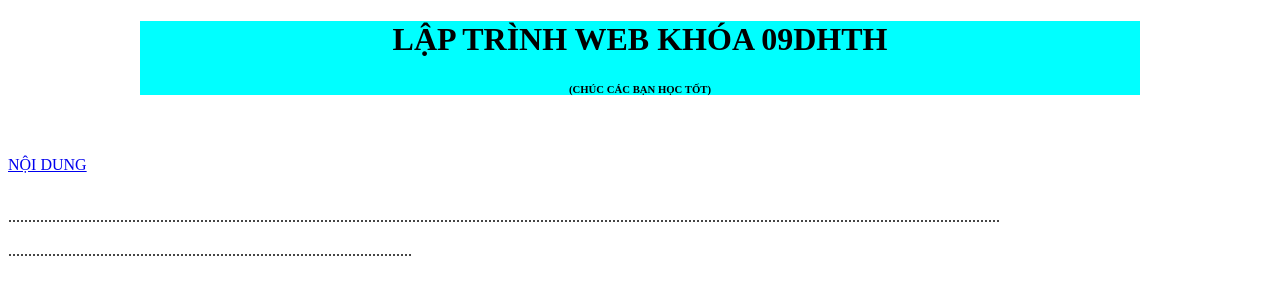
Repository: Tan-Khang21/TH_TKW--Buoi_01
Page: Buoi_01/Bt_ve_nha/BT_03/main.html
An editor plug-in stored every save of this project. The page is shown before and after the next save, followed by the edit.
The browser window is 1280 px wide. The pictures show the whole page.

Above is the page before, as saved 2024-01-22 20:01:52.

After the next save:
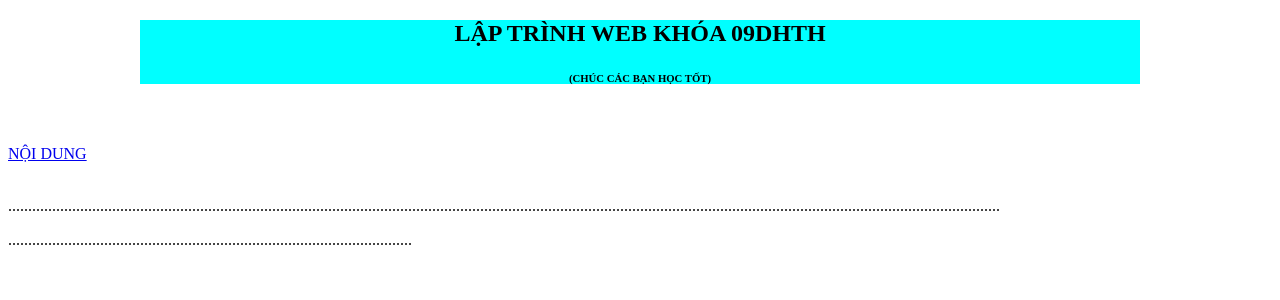
Saved 19 s later.
--- a/Buoi_01/Bt_ve_nha/BT_03/main.html
+++ b/Buoi_01/Bt_ve_nha/BT_03/main.html
@@ -8,7 +8,7 @@
 </head>
 <body>
     <div class="head">
-        <h1>LẬP TRÌNH WEB KHÓA 09DHTH</h1>
+        <h2>LẬP TRÌNH WEB KHÓA 09DHTH</h2>
         <h6>(CHÚC CÁC BẠN HỌC TỐT)</h6>
     </div>
     <br><br>
